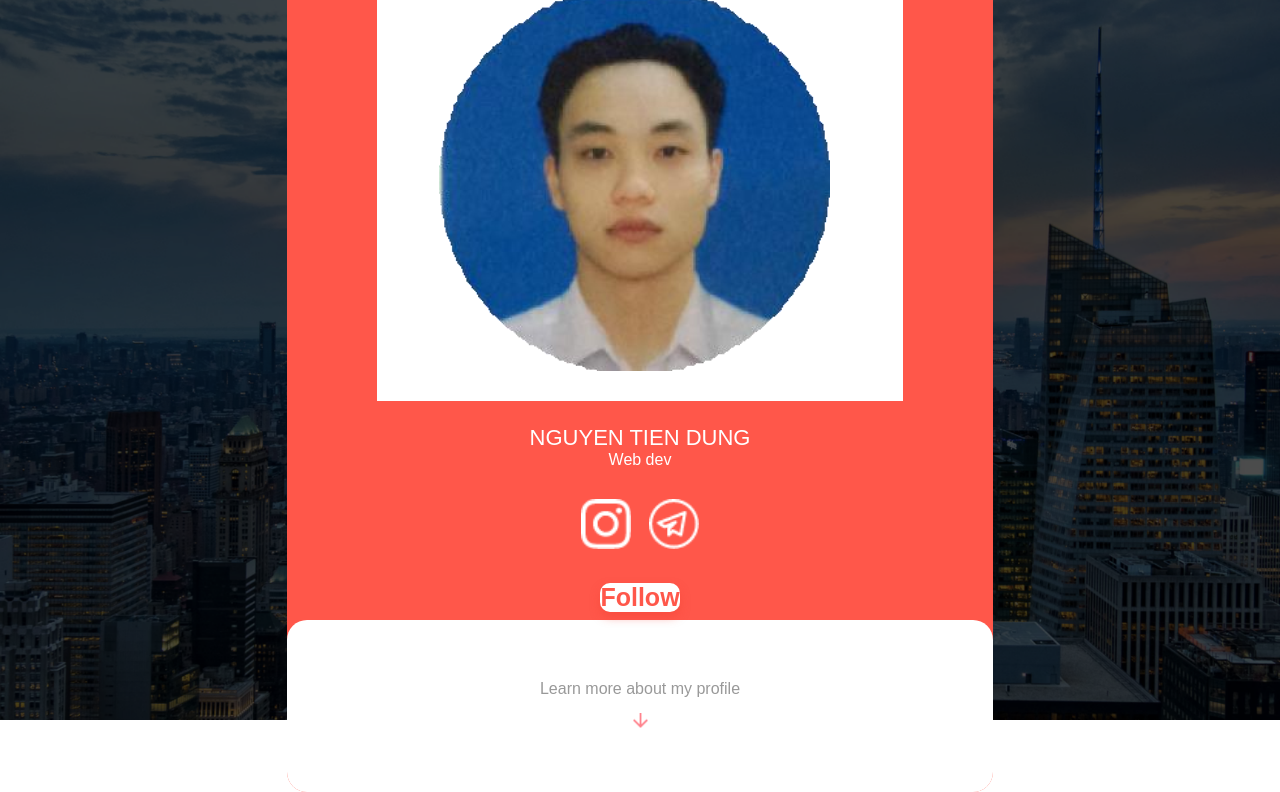
Repository: linhvuong864/profile
Page: Nguyen Tien Dung/index.html
These files come from the project's save history. The page is drawn as it stood at one moment and after the next save; the edit follows.
The browser window is 1280 px wide. The pictures show the whole page.

Above is the page before, as saved 2023-02-27 23:46:49.

### Nguyen Tien Dung/index.html
<!DOCTYPE html>
<html lang="en">
  <head>
    <meta charset="UTF-8" />
    <meta http-equiv="X-UA-Compatible" content="IE=edge" />
    <meta name="viewport" content="width=device-width, initial-scale=1.0" />
    <title>Profile: Nguyen Tien Dung</title>
    <link rel="stylesheet" href="style.css" />
  </head>
  <body>
    <div class="container">
      <div class="profile-box">
        <img src="images/menu.png" class="menu-icon" />
        <img src="images/setting.png" class="setting-icon" />
        <img src="images/profile-pic.png" class="profile-pic" />
        <h3>NGUYEN TIEN DUNG</h3>
        <p>Web dev</p>
        <div class="social-media">
          <img src="images/instagram.png" />
          <img src="images/telegram.png" />
        </div>
        <button type="button">Follow</button>
        <div class="profile-bottom">
          <p>Learn more about my profile</p>
          <img src="images/arrow.png" alt="" />
        </div>
      </div>
    </div>
  </body>
</html>

### Nguyen Tien Dung/style.css
* {
  margin: 0;
  padding: 0;
  box-sizing: border-box;
  font-family: "poppins", sans-serif;
}
.container {
  width: 100%;
  height: 100vh;
  background-image: url(images/background.png);
  background-size: cover;
  background-position: center;
  display: flex;
  align-items: center;
  justify-content: center;
}
.profile-box {
  background: #ff574a;
  text-align: center;
  padding: 40px 90px;
  color: #fff;
  position: relative;
  border-radius: 20px;
}
.menu-icon {
  width: 25px;
  position: absolute;
  left: 40px;
  top: 40px;
}
.setting-icon {
  width: 25px;
  position: absolute;
  right: 40px;
  top: 40px;
}

.profile-bottom {
  background-color: #fff;
  color: #999;
  padding: 60px 0;
  margin-left: -90px;
  margin-right: -90px;
  margin-bottom: -40px;
  border-radius: 20px;
  margin-top: 10px;
}

.profile-bottom img {
  width: 15px;
  margin-top: 15px;
  cursor: pointer;
}
.profile-box button {
  background: #fff;
  color: #ff574a;
  border: none;
  outline: none;
  box-shadow: 0 5px 10px rgb(244, 67, 54, 0.5);
  border-radius: 10px;
  margin-bottom: -50px;
  font-weight: 600;
  font-size: 25px;
}
.profile-box h3 {
  font-size: 22px;
  margin-top: 20px;
  font-weight: 500;
}
.social-media img {
  height: 50;
  width: 50px;
  margin: 30px 7px;
  cursor: pointer;
}

After the next save:
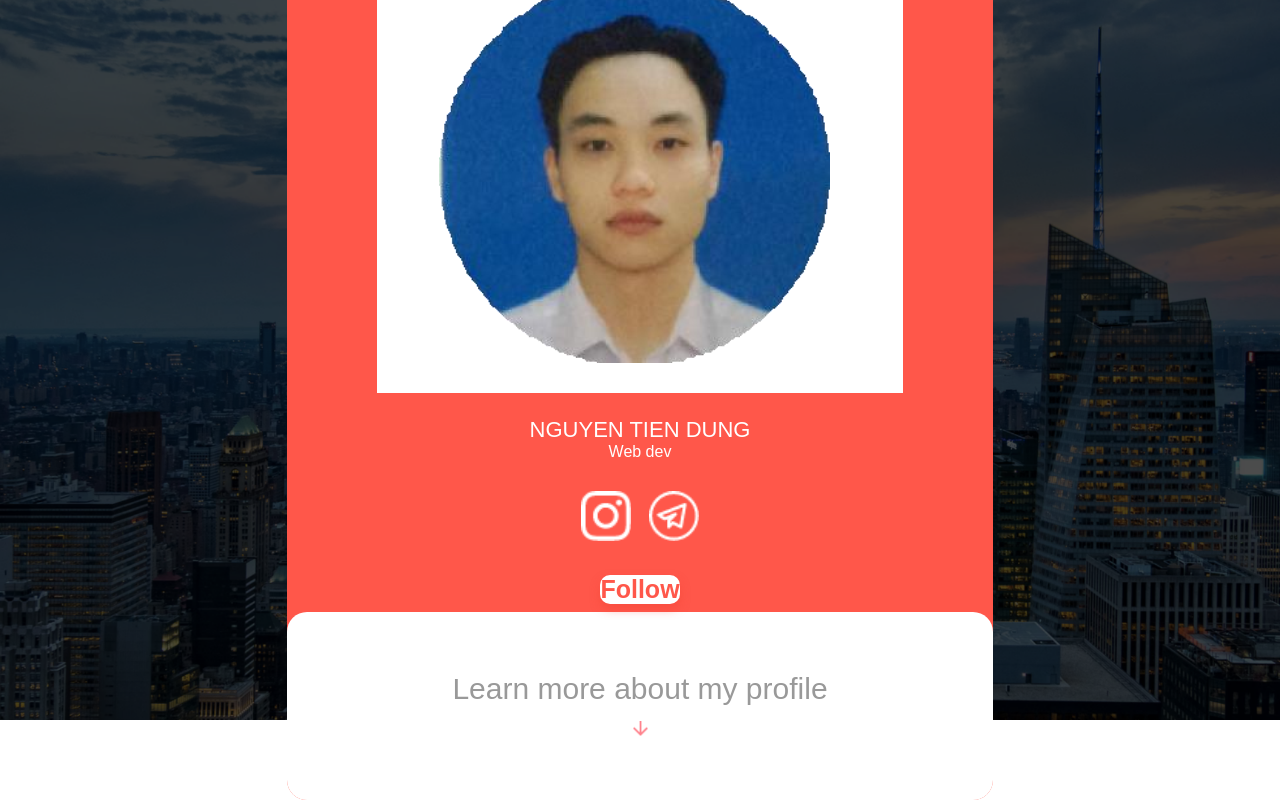
Saved 49 s later.
--- a/Nguyen Tien Dung/index.html
+++ b/Nguyen Tien Dung/index.html
@@ -21,7 +21,7 @@
         </div>
         <button type="button">Follow</button>
         <div class="profile-bottom">
-          <p>Learn more about my profile</p>
+          <p style="font-size: 30px">Learn more about my profile</p>
           <img src="images/arrow.png" alt="" />
         </div>
       </div>
